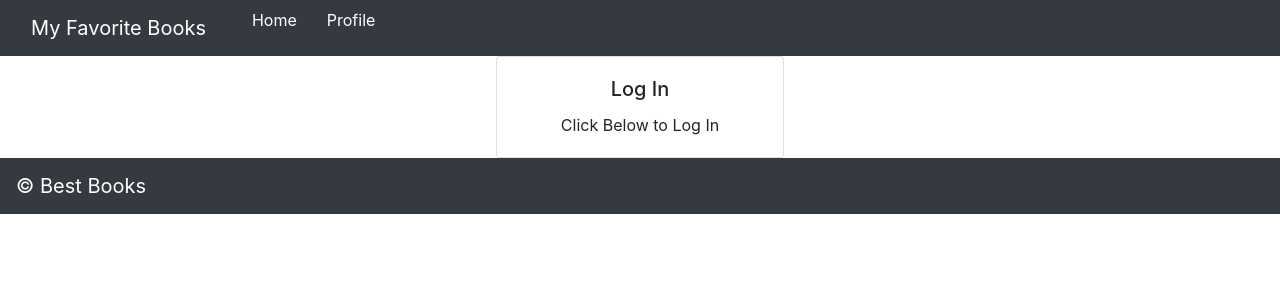
Repository: phmurphy212/can-of-books-frontend
Page: /
An editor plug-in stored every save of this project. The page is shown before and after the next save, followed by the edit.
The browser window is 1280 px wide. The pictures show the whole page.
The project was rebuilt for these pictures with package versions that can differ from the ones it lists, and the page was loaded fresh each time. Also part of the build but not shown: src/LogoutButton.js, src/IsLoadingAndError.js, src/Profile.js, src/Books.css, src/Books.js, src/BookFormModal.js, src/BestBooks.css, src/BestBooks.js.

Above is the page before, as saved 2021-08-22 16:10:20.

After the next save:
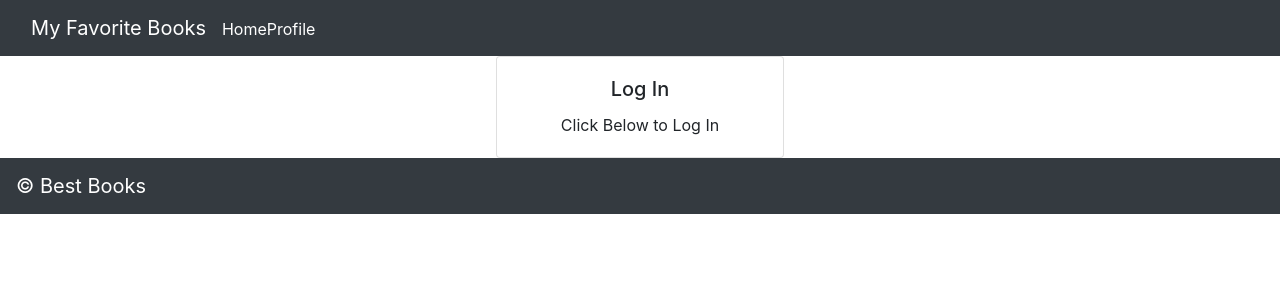
Saved 3 min 13 s later.
--- a/src/Header.js
+++ b/src/Header.js
@@ -18,18 +18,13 @@ class Header extends React.Component {
           <Row>
             <Col>
               <Navbar.Brand>My Favorite Books</Navbar.Brand>
+              <Link to="/">Home</Link>
+              <Link to="/profile">Profile</Link>
+              {this.props.isAuthenticated ?
+                <Col>
+                  <LogoutButton />
+                </Col> : ''}
             </Col>
-            <Col>
-              <Link to="/">Home</Link>
-            </Col>
-            <Col>
-              <Link to="/profile">Profile</Link>
-            </Col>
-
-            {this.props.isAuthenticated ?
-              <Col>
-                <LogoutButton />
-              </Col> : ''}
           </Row>
         </Container>
       </Navbar>
